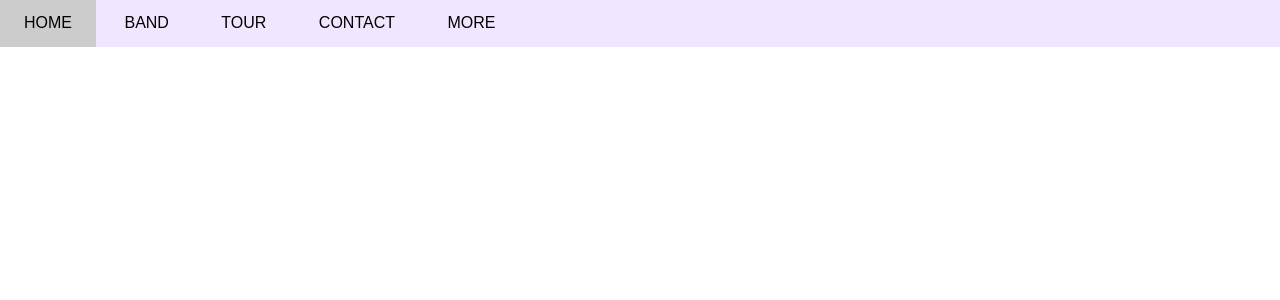
Repository: Ducspdn/WeTheBandF8
Page: w3_band/index.html
An editor plug-in stored every save of this project. The page is shown before and after the next save, followed by the edit.
The browser window is 1280 px wide. The pictures show the whole page.
Some icons come from a web library that is not loaded, so they are not drawn.

Above is the page before, as saved 2023-01-17 15:39:39.

After the next save:
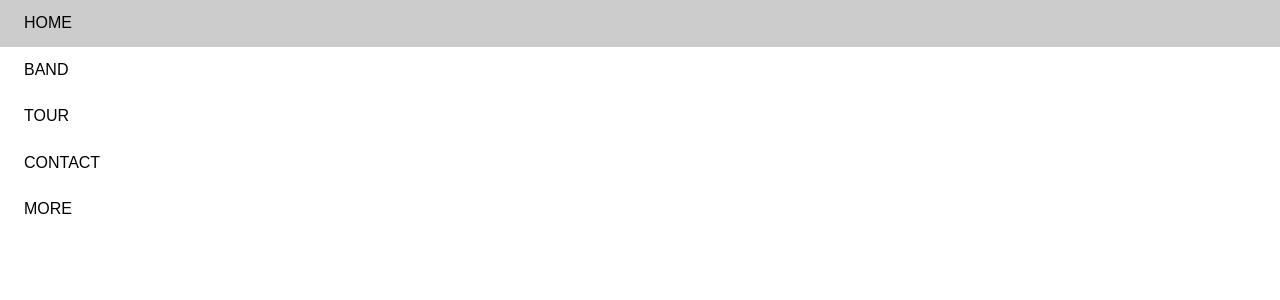
Saved 96 s later.
--- a/w3_band/assets/css/style.css
+++ b/w3_band/assets/css/style.css
@@ -38,7 +38,10 @@
 
 }
 #nav li{
-    display : inline-block ;
+    /* display : inline-block ; */
+    /* có tính kế thừa nên nó sẽ ăn theo đến hết backgorund */
+    display: block;
+    /*  ăn theo đến font chữ */
     /* vì inline nên khong set được thuộc tính */
     position : relative ;
 }

After the save that followed:
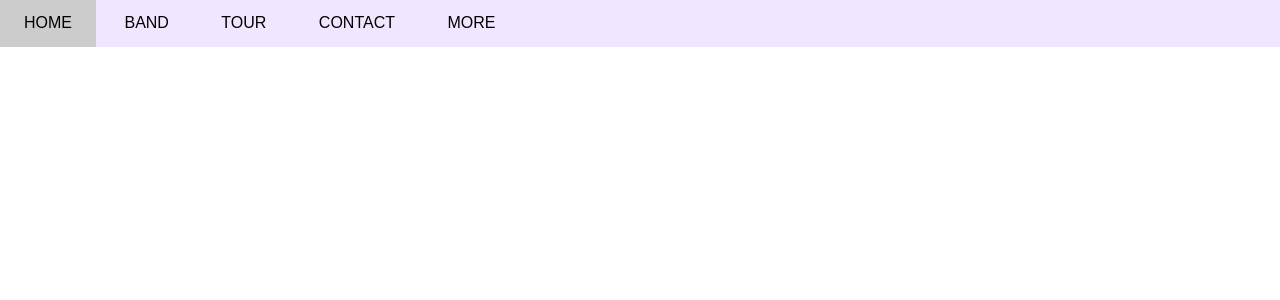
Saved 47 s later.
--- a/w3_band/assets/css/style.css
+++ b/w3_band/assets/css/style.css
@@ -34,14 +34,13 @@
 
 }
 #nav >li{
-    display : inline-block ;
+    /* display : inline-block ; */
+    display : block ;
 
 }
 #nav li{
-    /* display : inline-block ; */
+    display : inline-block ;
     /* có tính kế thừa nên nó sẽ ăn theo đến hết backgorund */
-    display: block;
-    /*  ăn theo đến font chữ */
     /* vì inline nên khong set được thuộc tính */
     position : relative ;
 }
